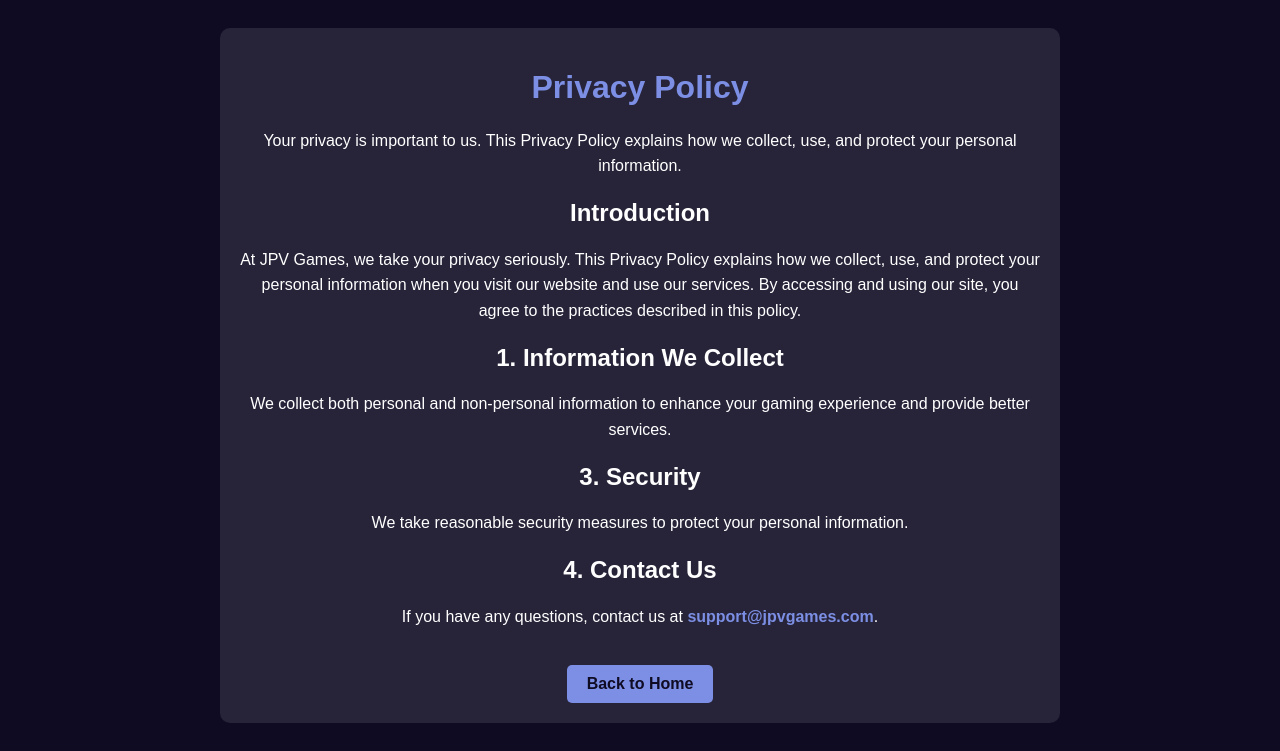
Repository: meenadabhii/jpygames.com
Page: http://localhost/privacy-policy.html
These files come from the project's save history. The page is drawn as it stood at one moment and after the next save; the edit follows.
The browser window is 1280 px wide. The pictures show the whole page.
The page is served by the project's Node server (app.js).

Above is the page before, as saved 2025-02-08 10:41:08.

After the next save:
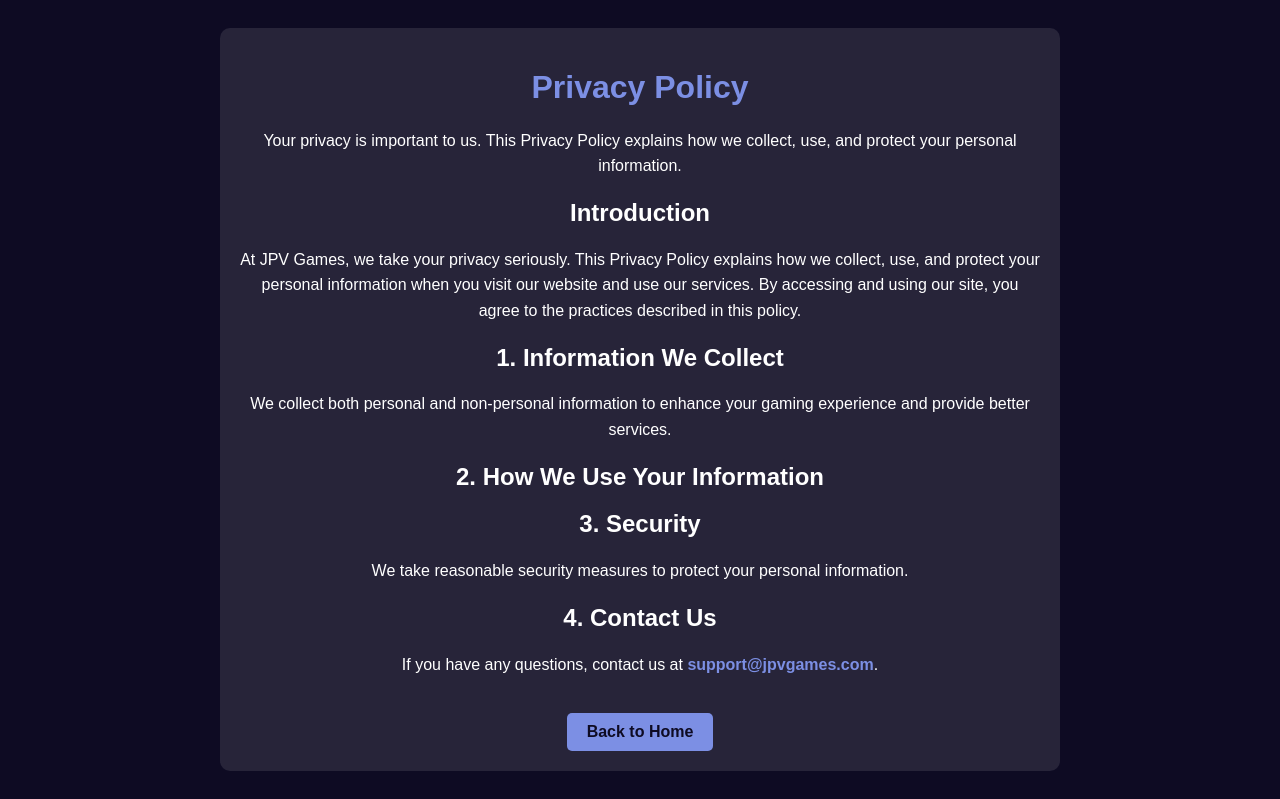
Saved 5 s later.
--- a/nodejs/views/privacy-policy.html
+++ b/nodejs/views/privacy-policy.html
@@ -69,6 +69,7 @@
 
         </p>
 
+        <h2>2. How We Use Your Information</h2>
 
         <h2>3. Security</h2>
         <p>We take reasonable security measures to protect your personal information.</p>

After the save that followed:
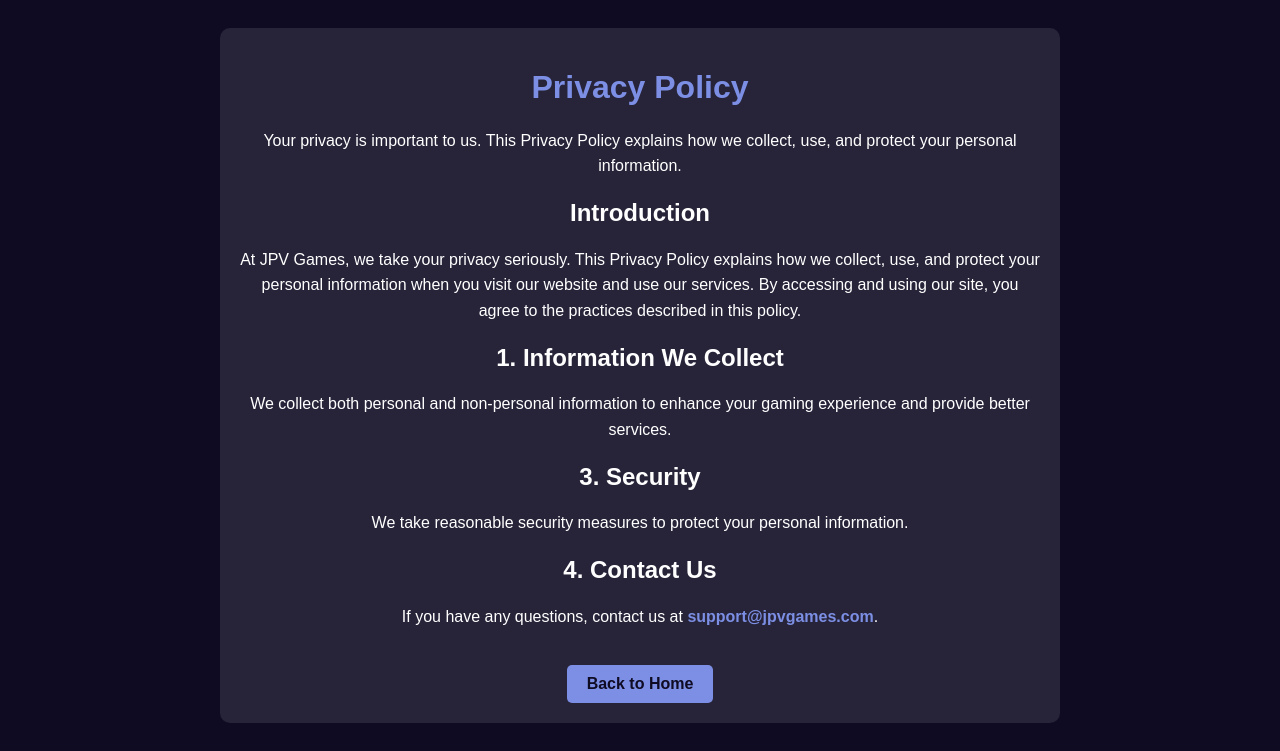
Saved 5 s later.
--- a/nodejs/views/privacy-policy.html
+++ b/nodejs/views/privacy-policy.html
@@ -69,7 +69,6 @@
 
         </p>
 
-        <h2>2. How We Use Your Information</h2>
 
         <h2>3. Security</h2>
         <p>We take reasonable security measures to protect your personal information.</p>
